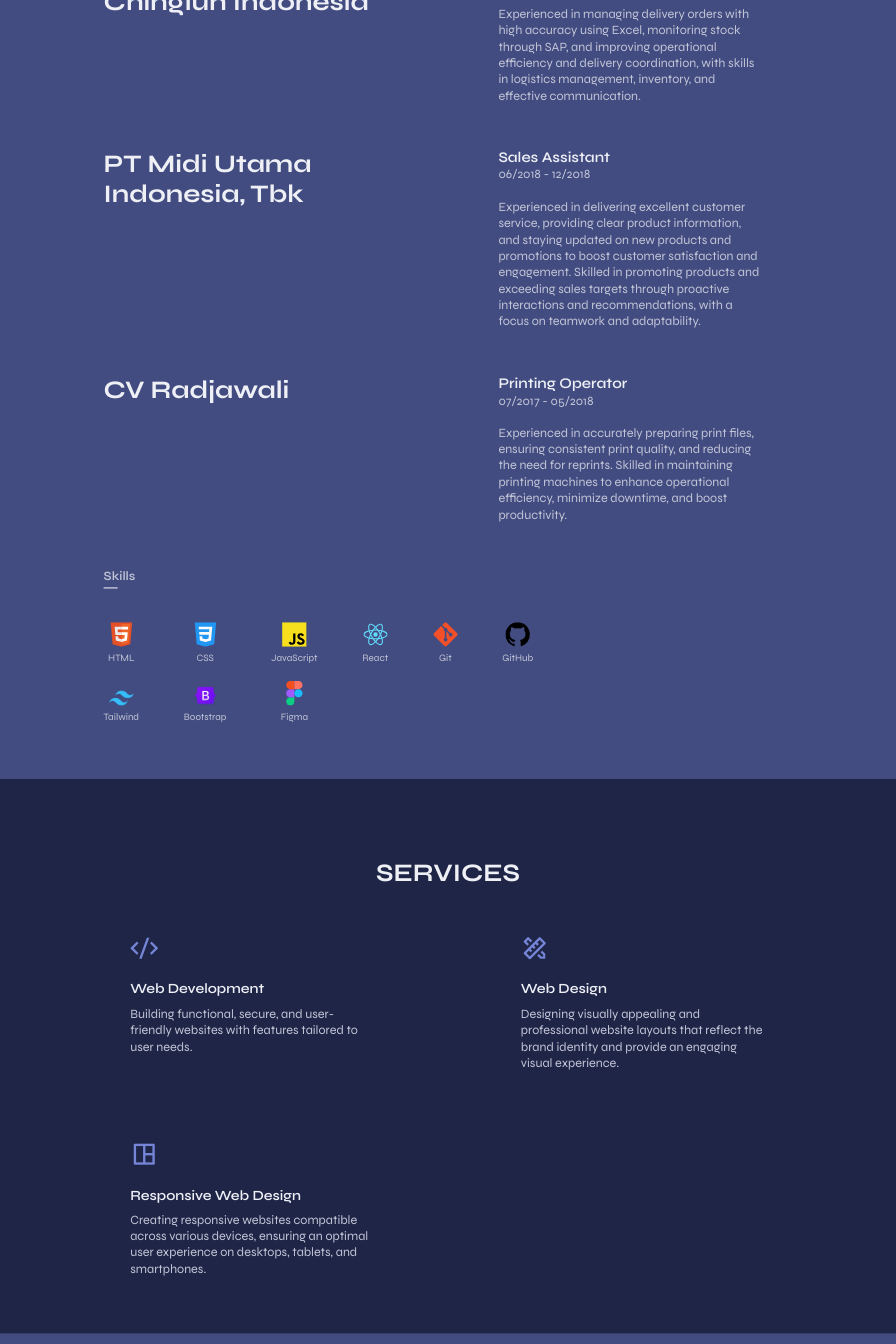
Repository: Ademaulana100499/amgrowth
Page: /
These files come from the project's save history. The page is drawn as it stood at one moment and after the next save; the edit follows.
The browser window is 1280 px wide. The pictures show the part of the page from y = 4367 to 6287 px (the page is 7199 px tall), at 70% of full size.
Some web fonts or font styles are not loaded; a fallback is used. The project was rebuilt for these pictures with package versions that can differ from the ones it lists, and the page was loaded fresh each time. Also part of the build but not shown: vite.config.js.

Above is the page before, as saved 2025-02-19 15:05:20.

### index.html
<!doctype html>
<html lang="en">
  <head>
    <meta charset="UTF-8" />
    <meta name="viewport" content="width=device-width, initial-scale=1.0" />
    <title>AMgrowth</title>
    <link rel="shortcut icon" href="/assets/img/Favicon.png" />
    <link
      href="https://cdn.jsdelivr.net/npm/remixicon/fonts/remixicon.css"
      rel="stylesheet"
    />

    <link
      rel="stylesheet"
      href="https://fonts.googleapis.com/css2?family=Kite+One&family=Oooh+Baby&family=Orelega+One&family=Poppins:ital,wght@0,100;0,200;0,300;0,400;0,500;0,600;0,700;0,800;0,900;1,100;1,200;1,300;1,400;1,500;1,600;1,700;1,800;1,900&family=Syne:wght@400..800&display=swap"
    />
  </head>
    <div id="root"></div>
    <script type="module" src="/src/main.jsx"></script>
    <script src="https://cdn.jsdelivr.net/npm/@emailjs/browser@4/dist/email.min.js"></script>
    <script src="https://unpkg.com/scrollreveal"></script>
  </body>
</html>

### src/App.jsx
import { Header } from "./components/Header";
import { Home } from "./components/Home";
import { Projects } from "./components/Projects";
import { Info } from "./components/Info";
import { Services } from "./components/Services";
import { Contact } from "./components/Contact";
import { Footer } from "./components/Footer";
import { Scroll } from "./components/Scroll";
import { Reveal } from "./components/Reveal";
function App() {
  const logo = {
    name: "AMgrowth",
    imageWhite: "/assets/img/Logo_White.png",
    imageBlack: "/assets/img/Logo_Black.png",
  };
  const navList = ["Home", "Projects", "My Info", "Services", "Contact Me"];
  const imageHome = "/assets/img/Photo.png";
  const imageInfo = "/assets/img/Photo2.png";
  const footerCopy = "© All rights reserved by Ade Maulana";
  const biodata = {
    firstName: "Ade",
    lastName: "Maulana",
    profession: "Front-End Developer",
    description:
      "With a strong passion for web development and a background in Informatics Engineering, I am transitioning into a career as a Front-End Web Developer. Skilled in HTML, CSS, JavaScript, TypeScript, React.js, and Next.js, I specialize in building responsive, high-performance, and user-friendly web applications. Experienced in UI/UX principles, state management, API integration, and website optimization, I am committed to continuous learning and delivering modern, efficient web solutions",
    cv: "/assets/pdf/CV Ade Maulana.pdf",
  };
  const projects = [
    {
      id: 1,
      title: "To-Do List Website",
      description:
        "This To-Do List web application features a simple interface and dynamic functionality to help users manage their daily tasks with ease.",
      image: "/assets/img/to-do-list-web.png",
    },
    {
      id: 2,
      title: "Cafe Website",
      description:
        "This Cafe website provides an interactive platform for users to explore the menu, place orders, and learn more about the cafe’s offerings and services.",
      image: "/assets/img/cafe web.jpg",
    },
    {
      id: 3,
      title: "Movie Website",
      description:
        "This Movie website allows users to browse and discover a variety of movies, view details, and explore ratings and reviews.",
      image: "/assets/img/movies web.png",
    },
    {
      id: 4,
      title: "Blog Website",
      description:
        "This Blog website offers a platform for users to read, share, and comment on various articles, fostering a community of discussion and knowledge sharing.",
      image: "/assets/img/blog web.jpg",
    },
    {
      id: 5,
      title: "Fitness Website",
      description:
        "This Fitness website provides users with workout plans, nutrition tips, and progress tracking to help them achieve their fitness goals.",
      image: "/assets/img/fittnes web.avif",
    },
  ];
  const experience = [
    {
      id: 1,
      company: "PT. Victory Chingluh Indonesia",
      profession: "Shipping Officer",
      date: "12/2018 - 07/2024",
      description:
        "Experienced in managing delivery orders with high accuracy using Excel, monitoring stock through SAP, and improving operational efficiency and delivery coordination, with skills in logistics management, inventory, and effective communication.",
    },
    {
      id: 2,
      company: "PT Midi Utama Indonesia, Tbk",
      profession: "Sales Assistant",
      date: "06/2018 - 12/2018",
      description:
        "Experienced in delivering excellent customer service, providing clear product information, and staying updated on new products and promotions to boost customer satisfaction and engagement. Skilled in promoting products and exceeding sales targets through proactive interactions and recommendations, with a focus on teamwork and adaptability.",
    },
    {
      id: 3,
      company: "CV Radjawali",
      profession: "Printing Operator",
      date: "07/2017 - 05/2018",
      description:
        "Experienced in accurately preparing print files, ensuring consistent print quality, and reducing the need for reprints. Skilled in maintaining printing machines to enhance operational efficiency, minimize downtime, and boost productivity.",
    },
  ];
  const education = [
    {
      id: 1,
      university: "Dibimbing.id Bootcamp",
      major: "Front-End Web Development",
      date: "09/2024 - 02/2025",
      description:
        "Learning HTML, CSS, JavaScript, and TypeScript, and utilizing React.js and Next.js to build responsive and high-performance user interfaces. Experienced in UI/UX design slicing, website optimization, and problem-solving algorithms. Skilled in team collaboration using Git/GitHub and committed to continuous learning and staying updated with the latest web technologies.",
    },
    {
      id: 2,
      university: "Institut Teknologi dan Bisnis Bina Sarana Global",
      major: "Informatics Engineering",
      date: "09/2020 - 11/2024",
      description:
        "Studied Informatics Engineering, covering software development, algorithms, data structures, databases, system design, cybersecurity, and AI. Gained expertise in computing principles, system analysis, and application optimization. Experienced in Agile and Scrum methodologies, web development frameworks, UI/UX design, data processing, and problem-solving using algorithms and programming logic.",
    },
  ];
  const skills = [
    {
      id: 1,
      skill: "HTML",
      image: "/assets/img/html.svg",
    },
    {
      id: 2,
      skill: "CSS",
      image: "/assets/img/css.svg",
    },
    {
      id: 3,
      skill: "JavaScript",
      image: "/assets/img/javascript.svg",
    },
    {
      id: 4,
      skill: "React",
      image: "/assets/img/react.svg",
    },
    {
      id: 5,
      skill: "Git",
      image: "/assets/img/git.svg",
    },
    {
      id: 6,
      skill: "GitHub",
      image: "/assets/img/github.svg",
    },
    {
      id: 7,
      skill: "Tailwind",
      image: "/assets/img/tailwind.png",
    },
    {
      id: 8,
      skill: "Bootstrap",
      image: "/assets/img/bootstrap.png",
    },
    {
      id: 9,
      skill: "Figma",
      image: "/assets/img/figma.svg",
    },
  ];

  const services = [
    {
      id: 1,
      title: "Web Development",
      icon: "ri-code-s-slash-line",
      description:
        "Building functional, secure, and user-friendly websites with features tailored to user needs.",
    },
    {
      id: 2,
      title: "Web Design",
      icon: "ri-pencil-ruler-2-line",
      description:
        "Designing visually appealing and professional website layouts that reflect the brand identity and provide an engaging visual experience.",
    },
    {
      id: 3,
      title: "Responsive Web Design",
      icon: "ri-layout-2-line",
      description:
        "Creating responsive websites compatible across various devices, ensuring an optimal user experience on desktops, tablets, and smartphones.",
    },
  ];
  const socialMedia = [
    {
      id: 1,
      name: "github",
      icon: "ri-github-line",
      link: "https://github.com/Ademaulana100499",
    },
    {
      id: 2,
      name: "linkedin",
      icon: "ri-linkedin-box-line",
      link: "https://www.linkedin.com/in/ademaulana-/",
    },
    {
      id: 3,
      name: "instagram",
      icon: "ri-instagram-line",
      link: "https://www.instagram.com/ade_maulana._/",
    },
  ];

  return (
    <div>
      <Header logo={logo} navList={navList} />
      <main>
        <Home imageHome={imageHome} biodata={biodata} />
        <Projects projects={projects} />
        <Info
          imageInfo={imageInfo}
          biodata={biodata}
          experience={experience}
          skills={skills}
          education={education}
        />
        <Services services={services} />
        <Contact socialMedia={socialMedia} />
        <Footer navList={navList} footerCopy={footerCopy} />
      </main>
      <Scroll />
      <Reveal />
    </div>
  );
}

export default App;

### src/components/Home/index.jsx
import "./style.css";
export const Home = (props) => {
  const { imageHome, biodata } = props;
  return (
    <section className="home section" id="home">
      <div className="container grid home__container">
        <img
          id="image_home"
          src={imageHome}
          alt="image"
          className="home__img"
        />
        <div className="home__data">
          <h1 className="home__name">
            {biodata.firstName} <br /> {biodata.lastName}
          </h1>
          <h3 className="home__profession">{biodata.profession}</h3>
        </div>
        <a href="#projects" className="home__scroll">
          <div className="home__scroll-box">
            <i className="ri-arrow-down-line"></i>
          </div>
          <span className="home__scroll-text">Recent Project</span>
        </a>
      </div>
    </section>
  );
};

### src/components/Projects/index.jsx
import "./style.css";
export const Projects = (props) => {
  const { projects } = props;
  return (
    <section className="projects section" id="projects">
      <h2 className="section__title">RECENT PROJECT</h2>
      <div className="grid container projects__container">
        {projects.map((item) => (
          <article className="project__card" key={item.id}>
            <a
              href={item.link}
              target="_blank"
              className="project__overlay"
            ></a>
            <a href={item.link} target="_blank" className="project__link">
              <h2 className="project__title">{item.title}</h2>
              <p className="project__description">{item.description}</p>
              <img src={item.image} alt="image" className="project__img" />
              <i className="ri-arrow-right-line"> </i>
            </a>
          </article>
        ))}
      </div>
    </section>
  );
};

### src/components/Services/index.jsx
import "./style.css";
export const Services = (props) => {
  const { services } = props;
  return (
    <section className="services section" id="services">
      <h2 className="section__title">SERVICES</h2>
      <div className="container grid services__container">
        {services.map((item) => (
          <article className="services__card" key={item.id}>
            <i className={`services__icon ${item.icon}`}></i>
            <h3 className="services__title">{item.title}</h3>
            <p className="services__description">{item.description}</p>
          </article>
        ))}
      </div>
    </section>
  );
};

### src/components/Footer/index.jsx
import "./style.css";
export const Footer = (props) => {
  const { navList, footerCopy } = props;
  return (
    <footer className="footer" id="footer">
      <div className="container grid footer__container">
        <ul className="footer__links">
          <li>
            <a href="#home" className="footer__link">
              {navList[0]}
            </a>
          </li>
          <li>
            <a href="#projects" className="footer__link">
              {navList[1]}
            </a>
          </li>
          <li>
            <a href="#my info" className="footer__link">
              {navList[2]}
            </a>
          </li>
        </ul>
        <span className="footer__copy">{footerCopy}</span>
      </div>
    </footer>
  );
};

### src/components/Scroll/index.jsx
import React, { useEffect } from "react";
import "./style.css";

export const Scroll = () => {
  useEffect(() => {
    const scrollUp = () => {
      const scrollUp = document.getElementById("scroll-up");
      if (window.scrollY >= 350) {
        scrollUp.classList.add("show-scroll");
      } else {
        scrollUp.classList.remove("show-scroll");
      }
    };
    window.addEventListener("scroll", scrollUp);
    return () => {
      window.removeEventListener("scroll", scrollUp);
    };
  }, []);

  return (
    <a href="#" className="scrollup" id="scroll-up">
      <i className="ri-arrow-up-line"></i>
    </a>
  );
};

### src/components/Reveal/index.jsx
import React, { useEffect } from "react";

export const Reveal = () => {
  useEffect(() => {
    const sr = ScrollReveal({
      origin: "top",
      distance: "60px",
      duration: 2500,
      delay: 400,
    });

    sr.reveal(".home__data, .experience, .skills, .contact__container");
    sr.reveal(".home__img", { delay: 500 });
    sr.reveal(".home__scroll", { delay: 700 });
    sr.reveal(".project__card, .services__card", { interval: 100 });
    sr.reveal(".about__content", { origin: "right" });
    sr.reveal(".about__img", { origin: "left" });

    return () => {
      sr.destroy();
    };
  }, []);
  return <div></div>;
};

### src/components/Theme/index.jsx
import React, { useState, useEffect } from "react";
import "./style.css";

const Theme = ({ logo, setLogoSrc }) => {
  const [isLightMode, setIsLightMode] = useState(false);

  useEffect(() => {
    const savedTheme = localStorage.getItem("lightmode");
    if (savedTheme === "active") {
      setIsLightMode(true);
    } else {
      setIsLightMode(false);
    }
  }, []);

  useEffect(() => {
    if (isLightMode) {
      document.body.classList.add("lightmode");
      localStorage.setItem("lightmode", "active");
      setLogoSrc(logo.imageBlack);
    } else {
      document.body.classList.remove("lightmode");
      localStorage.setItem("lightmode", null);
      setLogoSrc(logo.imageWhite);
    }
  }, [isLightMode, logo.imageBlack, logo.imageWhite, setLogoSrc]);

  const toggleTheme = () => {
    setIsLightMode((prevMode) => !prevMode);
  };

  return (
    <button
      id="theme-switch"
      className="theme-switch"
      onClick={toggleTheme}
      style={{ cursor: "pointer" }}
    >
      {isLightMode ? (
        <i className="ri-moon-line"></i>
      ) : (
        <i className="ri-sun-line"></i>
      )}
    </button>
  );
};

export default Theme;

### src/components/Projects/style.css
/* Projects */
.projects {
  background-color: var(--container-color);
}
.project__card {
  background-color: var(--first-color);
}
.project__img {
  width: 100%;
}
.project__link {
  display: block;
  position: relative;
  background-color: var(--body-color);
  padding: 2rem 1.5rem 1.5rem 1.5rem;
  color: var(--text-color);
  transition: transform 0.4s;
}
.project__title {
  font-size: var(--h3-font-size);
  margin-bottom: 0.75rem;
}

.project__description {
  margin-bottom: 1.5rem;
}
.project__link i {
  position: absolute;
  top: 1.8rem;
  right: 1.5rem;
  font-size: 1.5rem;
  color: var(--first-color-light);
  transition: transform 0.4s;
}
.project__link:hover {
  transform: translateY(-0.35rem);
}

.project__link:hover i {
  transform: translateX(0.5rem);
}

/* BREAKPOINTS */

/* For medium devices */
@media screen and (min-width: 540px) {
  .projects__container {
    grid-template-columns: 350px;
    justify-content: center;
  }
}

@media screen and (min-width: 768px) {
  .projects__container {
    grid-template-columns: repeat(2, 390px);
  }
}

/* for large devices */
@media screen and (min-width: 1150px) {
  .section__title {
    margin-bottom: 4rem;
  }
  .projects__container {
    grid-template-columns: repeat(2, 540px);
    gap: 2.5rem;
  }
  .project__link {
    padding: 3rem 3rem 2rem;
  }
  .project__title {
    font-size: var(--h2-font-size);
    margin-bottom: 1rem;
  }
  .project__link i {
    font-size: 2rem;
  }
}

### src/components/Services/style.css
/* SERVICES */
.services {
  background-color: var(--container-color);
}
.services__container {
  row-gap: 2rem;
}

.services__icon {
  display: block;
  color: var(--first-color-light);
  font-size: 2rem;
  margin-bottom: 1dvb;
}

.services__title {
  font-size: var(--h3-font-size);
  margin-bottom: 0.75rem;
}

/* BREAKPOINTS */

/* For small devices */
@media screen and (max-width: 300px) {
  .container {
    margin-inline: 1rem;
  }
}

/* For medium devices */
@media screen and (min-width: 540px) {
  .services__container {
    grid-template-columns: 350px;
    justify-content: center;
  }
}

@media screen and (min-width: 768px) {
  .services__container {
    grid-template-columns: repeat(2, 320px);
  }
}

/* for large devices */
@media screen and (min-width: 1150px) {
  .container {
    margin-inline: auto;
  }
  .section {
    padding-block: 7rem 5rem;
  }
  .section__title {
    margin-bottom: 4rem;
  }

  .services__container {
    grid-template-columns: repeat(2, 350px);
    gap: 6rem 13rem;
  }
  .services__icon {
    font-size: 2.5rem;
    margin-bottom: 1.5rem;
  }
}

### src/components/Contact/style.css
/* CONTACT */
.contact__container {
  row-gap: 4rem;
}

.contact__group,
.contact__form {
  gap: 1rem;
}

.contact__form {
  position: relative;
}

.contact__input {
  padding: 1.25rem;
  background-color: var(--container-color);
  color: var(--title-color);
  font-weight: var(--font-semi-bold);
}
.contact__input::placeholder {
  color: var(--text-color-light);
}
.contact__area {
  height: 10rem;
  resize: none;
}
.contact__button {
  margin-top: 1rem;
  cursor: pointer;
}
.contact__social {
  grid-template-columns: repeat(2, max-content);
  justify-content: center;
  column-gap: 3rem;
}

.contact__social-link {
  color: var(--title-color);
  display: inline-flex;
  column-gap: 0.25rem;
  align-items: center;
  transition: color 0.4s;
}
.contact__social-link i {
  font-size: 1.5rem;
}
.contact__social-link span {
  font-size: var(--small-font-size);
  font-weight: var(--font-semi-bold);
}
.contact__social-link:hover {
  color: var(--first-color-light);
}

.contact__message {
  position: absolute;
  left: 0;
  bottom: -2rem;
  font-size: var(--small-font-size);
  font-weight: var(--font-semi-bold);
  color: var(--title-color);
}

/* BREAKPOINTS */

/* For small devices */
@media screen and (max-width: 300px) {
  .container {
    margin-inline: 1rem;
  }
}

/* For medium devices */
@media screen and (min-width: 540px) {
  .contact__container {
    grid-template-columns: 350px;
    justify-content: center;
  }
  .contact__social {
    grid-template-columns: repeat(3, max-content);
    column-gap: 5rem;
  }
}

/* for large devices */
@media screen and (min-width: 1150px) {
  .container {
    margin-inline: auto;
  }
  .section {
    padding-block: 7rem 5rem;
  }
  .section__title {
    margin-bottom: 4rem;
  }

  .contact__container {
    grid-template-columns: 580px;
  }
  .contact__group {
    grid-template-columns: repeat(2, 1fr);
  }
  .contact__area {
    height: 15rem;
  }
  .contact__button {
    width: max-content;
    justify-self: center;
    margin-top: 1.5rem;
  }
  .contact__message {
    bottom: 4.5rem;
  }
  .contact__social {
    grid-template-columns: repeat(3, max-content);
    column-gap: 5rem;
  }
}

### src/components/Footer/style.css
/* FOOTER */
.footer {
  background-color: var(--container-color);
}

.footer__container {
  row-gap: 3rem;
  padding-block: 3rem 2rem;
}

.footer__links {
  display: flex;
  justify-content: center;
  column-gap: 2.5rem;
}
.footer__link {
  font-weight: var(--font-semi-bold);
  color: var(--title-color);
  transition: color 0.4s;
}
.footer__link:hover {
  color: var(--first-color-light);
}
.footer__copy {
  font-size: var(--small-font-size);
  color: var(--title-color);
  text-align: center;
}

/* BREAKPOINTS */

/* For small devices */
@media screen and (max-width: 300px) {
  .container {
    margin-inline: 1rem;
  }
}

/* for large devices */
@media screen and (min-width: 1150px) {
  .container {
    margin-inline: auto;
  }
  .section {
    padding-block: 7rem 5rem;
  }

  .footer__container {
    padding-block: 3rem;
    grid-template-columns: repeat(2, max-content);
    justify-content: space-between;
  }
  .footer__links {
    column-gap: 4rem;
    order: 1;
  }
  .scrollup {
    right: 3rem;
  }
}

### src/components/Scroll/style.css
/* SCROLL BAR */
::-webkit-scrollbar {
  width: 0.6rem;
  background-color: hsl(var(--hue), 20%, 20%);
}
::-webkit-scrollbar-thumb {
  background-color: hsl(var(--hue), 20%, 30%);
}
::-webkit-scrollbar-thumb:hover {
  background-color: hsl(var(--hue), 20%, 40%);
}

/* SCROLL UP */
.scrollup {
  position: fixed;
  right: 1rem;
  bottom: -50%;
  background-color: var(--container-color);
  padding: 6px;
  color: var(--title-color);
  display: inline-flex;
  font-size: 1.25rem;
  box-shadow: 0 4px 12px hsla(var(--hue), 30%, 8%, 0.3);
  z-index: var(--z-tooltip);
  transition: bottom 0.4s, transform 0.4s;
}
.scrollup:hover {
  transform: translateY(-0.5rem);
}

/* SHOW SCROLL */
.show-scroll {
  bottom: 3rem;
}

/* BREAKPOINTS */

@media screen and (min-width: 1150px) {
  .scrollup {
    right: 3rem;
  }
}

### src/components/Theme/style.css
#theme-switch {
  height: 30px;
  width: 30px;
  border-radius: 50%;
  background-color: var(--first-color-light);
  display: flex;
  justify-content: center;
  align-items: center;
}
#theme-switch:hover {
  cursor: pointer;
}
#theme-switch i {
  fill: var(--body-color);
  color: var(--text-color);
}

Loaded but not shown: src/main.jsx (common file); src/components/Header/style.css (313 lines, source omitted); src/components/Info/style.css (186 lines, source omitted); src/index.css (154 lines, source omitted); src/components/Info/index.jsx (71 lines, source omitted); src/components/Header/index.jsx (90 lines, source omitted); src/components/Home/style.css (132 lines, source omitted); src/components/Contact/index.jsx (82 lines, source omitted)

After the next save:
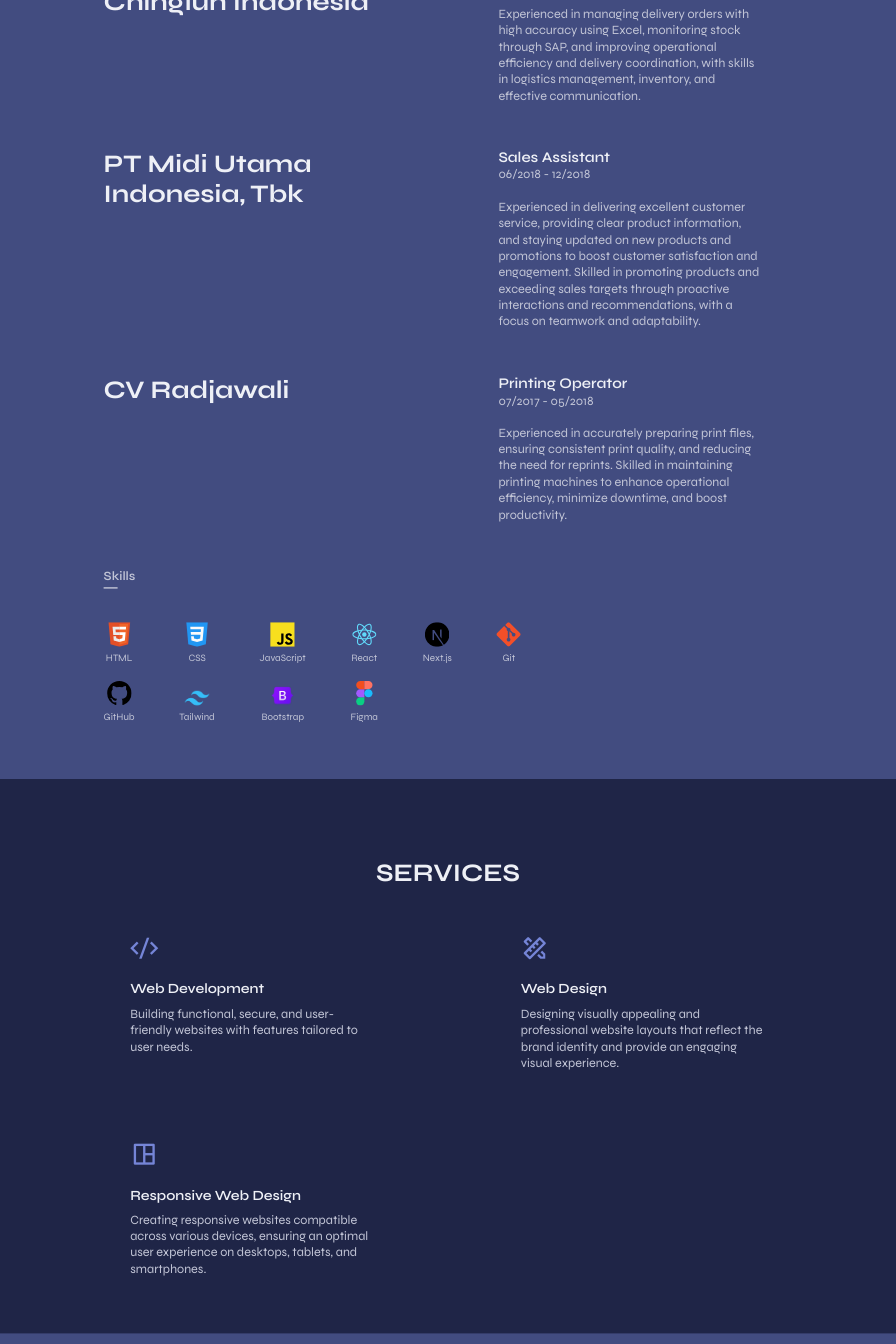
Saved 7 min 27 s later.
--- a/src/App.jsx
+++ b/src/App.jsx
@@ -129,6 +129,11 @@
     },
     {
       id: 5,
+      skill: "Next.js",
+      image: "/assets/img/nextjs.svg",
+    },
+    {
+      id: 5,
       skill: "Git",
       image: "/assets/img/git.svg",
     },
